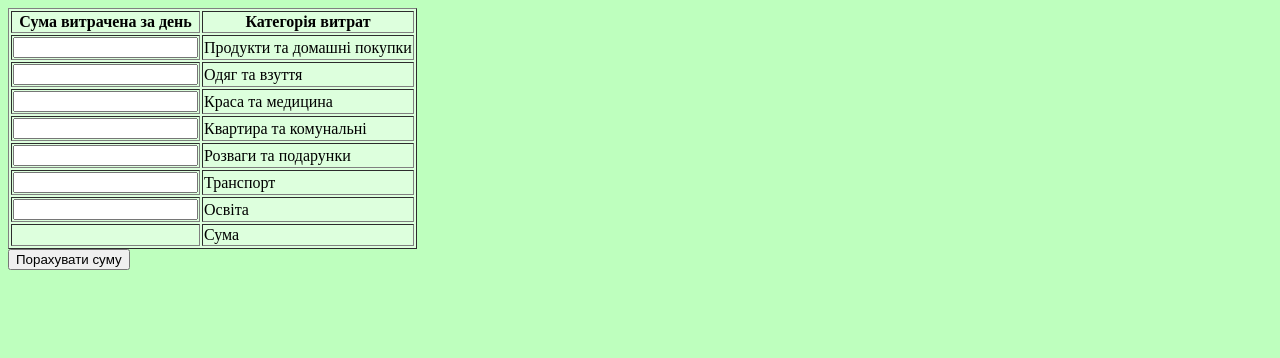
Repository: alexandrastarovoyda-star/Planer2
Page: index.html
These files come from the project's save history. The page is drawn as it stood at one moment and after the next save; the edit follows.
The browser window is 1280 px wide. The pictures show the whole page.

Above is the page before, as saved 2026-03-25 21:09:23.

### index.html
<!DOCTYPE html>
<html lang="uk">
    <head>
            <meta charset="UTF-8">
            <title>Планер бюджету</title>
            <link rel="stylesheet" href="css/all.css">
            <link rel="stylesheet" href="css/index.css">
    </head>
    <body>
        <table border="1" class="table_calculator" id="day_spend_table">
            <tr>
                <th>Сума витрачена за день</th>
                <th>Категорія витрат</th>
            </tr>
        </table>
        <button id="Calculate_sum">Порахувати суму</button>
    <script src="js/index.js"></script>
    </body>
</html>

### css/all.css
body{
    background: rgba(172, 255, 172, 0.781);
}

### css/index.css
#day_spend_table{
    background: rgba(255, 255, 255, 0.466);
}

### js/index.js
const list1 = ['Продукти та домашні покупки', 'Одяг та взуття', 'Краса та медицина', 'Квартира та комунальні', 'Розваги та подарунки', 'Транспорт', 'Освіта'];

list1.forEach(Myfunction);
LoadData();

function Myfunction(value, id){
    const tr = document.createElement('tr');
    const td1 = document.createElement('td');
    const td2 = document.createElement('td');
    const input = document.createElement('input');
    input.type = 'number';
    input.id = `input_${id}`;
    input.addEventListener('input', SaveData);
    td2.textContent = value;
    td1.appendChild(input);
    tr.appendChild(td1);
    tr.appendChild(td2);
    document.getElementById('day_spend_table').appendChild(tr);
};

const tr = document.createElement('tr');
const td1 = document.createElement('td');
const td2 = document.createElement('td');
td1.id = `sum1`;
td2.textContent = 'Сума';
tr.appendChild(td1);
tr.appendChild(td2);
document.getElementById('day_spend_table').appendChild(tr);

function CalculeteSum(){
    let sum = 0;
    const inputs = document.querySelectorAll('#day_spend_table input');

    inputs.forEach(function(input){
        const value = Number(input.value);
        if(!isNaN(value)){
            sum += value;
        };
    });
    document.getElementById('sum1').textContent = sum;
};

document.getElementById('Calculate_sum').onclick = CalculeteSum;

function SaveData(){
    const inputs = document.querySelectorAll('#day_spend_table input');
    inputs.forEach(function (input){
        localStorage.setItem(input.id, input.value);
    });
};

function LoadData (){
    const inputs = document.querySelectorAll('#day_spend_table input');
    inputs.forEach(function(input){
        const saved = localStorage.getItem(input.id);
        if(saved !== null)
            input.value = saved;
    });
};

After the next save:
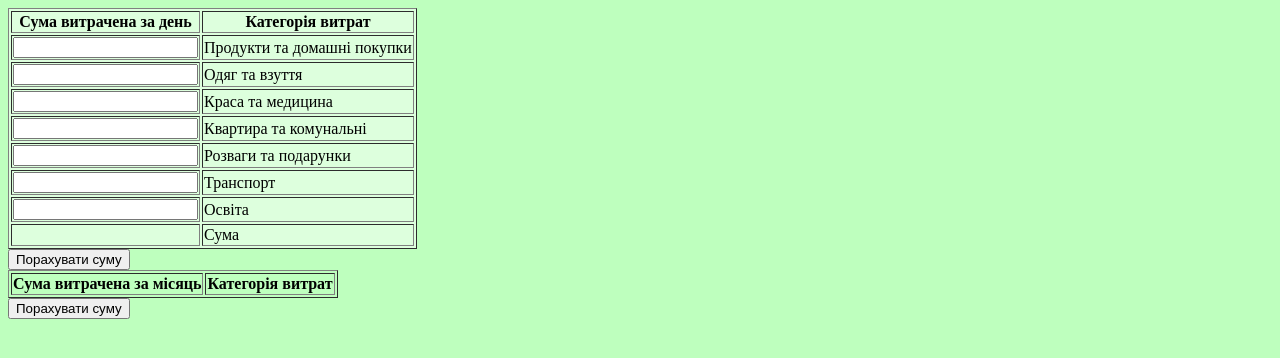
Saved 45 min 51 s later.
--- a/index.html
+++ b/index.html
@@ -7,6 +7,7 @@
             <link rel="stylesheet" href="css/index.css">
     </head>
     <body>
+        <div>
         <table border="1" class="table_calculator" id="day_spend_table">
             <tr>
                 <th>Сума витрачена за день</th>
@@ -14,6 +15,16 @@
             </tr>
         </table>
         <button id="Calculate_sum">Порахувати суму</button>
+        </div>
+        <div>
+        <table border="1" class="table_calculator" id="month_spend_table">
+            <tr>
+                <th>Сума витрачена за місяць</th>
+                <th>Категорія витрат</th>
+            </tr>
+        </table>
+        <button id="Calculate_sum">Порахувати суму</button>
+        </div>
     <script src="js/index.js"></script>
     </body>
 </html>
